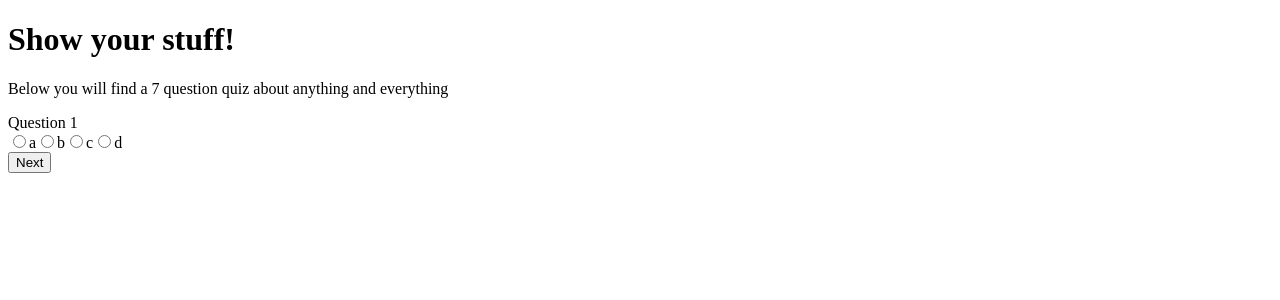
Repository: wsbrunson/Simple-Javascript-Quiz
Page: index.html
The author's editor kept a record of every edit. The page is drawn from the files as they stood at one moment, then again after the next edit.
The browser window is 1280 px wide. The pictures show the whole page.

Above is the page before.

### index.html
<!DOCTYPE html>
<html>
<head>
<title>Quiz time!</title>
</head>

<body>
    <h1>
        Show your stuff!
    </h1>
    <p>
        Below you will find a 7 question quiz about anything and everything
    </p>
    <div id="quiz">

    </div>
    <input type='button' value='Next'></input>

    <script src="scripts/jquery-2.1.3.min.js"></script>
    <script src="scripts/app.js"></script>
</body>

</html>

### scripts/app.js
var allQuestions = [{question: "Question 1",
                     choices: ["a",
                               "b",
                               "c",
                               "d"]},
                    {question: "Question 2",
                     choices: ["a",
                               "b",
                               "c",
                               "d"]},
                    {question: "Question 3",
                     choices: ["a",
                               "b",
                               "c",
                               "d"]}
                    ];

$(document).ready(function() {

    //Load first quiz question
    var questionsIndex = 0;


    var printQuizQuestions = function() {
        var pathToQuestion = allQuestions[questionsIndex].question,
            pathToChoices = allQuestions[questionsIndex].choices,
            questionTag = "<div class='question'>" + pathToQuestion + "</div>";

        $('#quiz').append(questionTag);

        for(var i = 0, x = pathToChoices.length; i < x; i++) {
            var choicesTag = "<label class='radio-label'><input type='radio' name='quiz-radio-button' value='" + pathToChoices[i] + "'>" +  pathToChoices[i] + "</label>";
            $('#quiz').append(choicesTag);
        }
    };

    printQuizQuestions();

    //Next button
    $('#next-button').click(function() {
        $('.question').remove();
        $('.radio-label').remove();

        questionsIndex++;

        if(questionsIndex < allQuestions.length) {
            printQuizQuestions();
        }

        else {
            $('#next-button').remove();
            $('#quiz').append("<p>You're total score is: </p>");
        }
    });


});

### stylesheet.css
input {
    display: inline;
}

.radio-label {
    display: block;
    text-decoration: underline;
}

Loaded but not shown: scripts/jquery-2.1.3.min.js (library)

After the next edit:
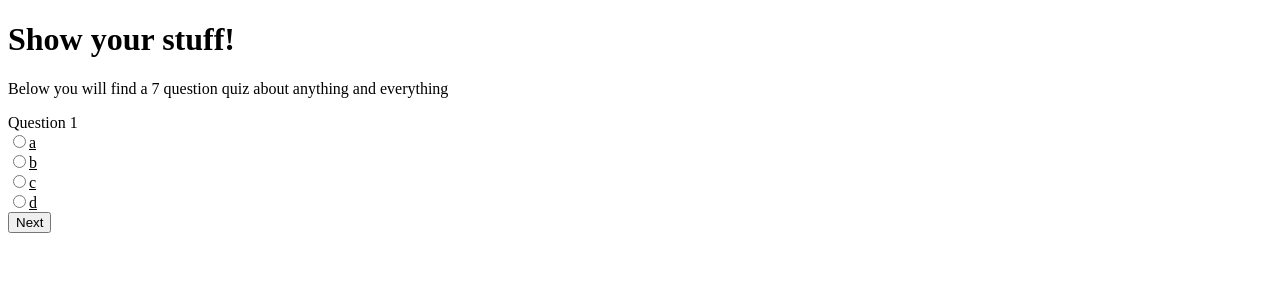
The edit:
--- a/index.html
+++ b/index.html
@@ -1,7 +1,8 @@
 <!DOCTYPE html>
 <html>
 <head>
-<title>Quiz time!</title>
+    <title>Quiz time!</title>
+    <link rel="stylesheet" type="text/css" href="stylesheet.css">
 </head>
 
 <body>
